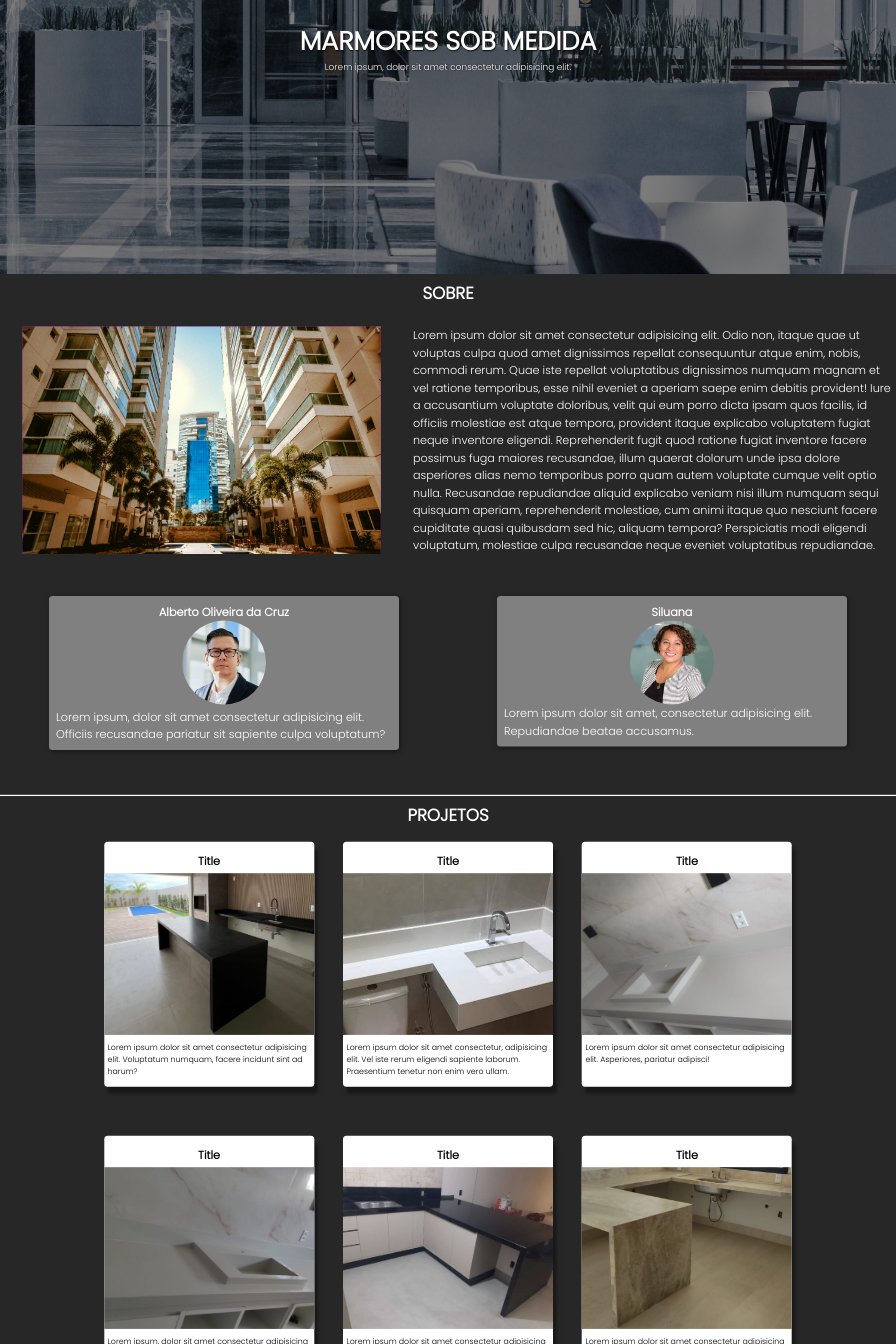
Repository: XFERRER7/projeto-xt7
Page: projetoMarmoraria/index.html
An editor plug-in stored every save of this project. The page is shown before and after the next save, followed by the edit.
The browser window is 1280 px wide. The pictures show the part of the page from y = 329 to 2249 px (the page is 2979 px tall), at 70% of full size.
Some web libraries are served in a nearby version.

Above is the page before, as saved 2022-05-09 18:27:17.

After the next save:
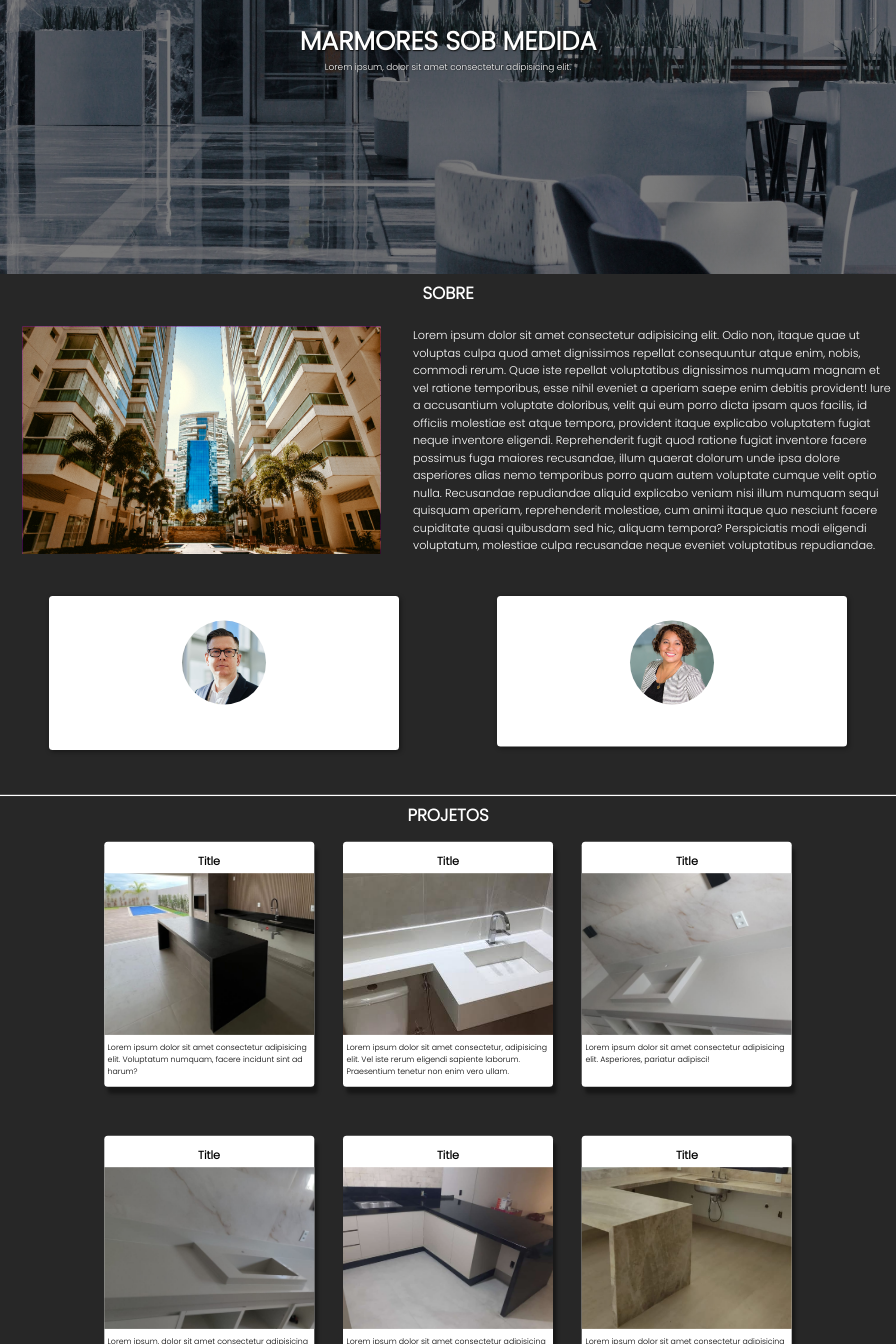
Saved 4 s later.
--- a/projetoMarmoraria/css/style.css
+++ b/projetoMarmoraria/css/style.css
@@ -293,7 +293,7 @@ main {
 }
 
 .about-person {
-  background-color: #ffffff69;
+  background-color: #ffffff;
   box-shadow: 2px 2px 8px rgba(0, 0, 0, 0.438);
   border-radius: 5px;
   min-height: 200px;
